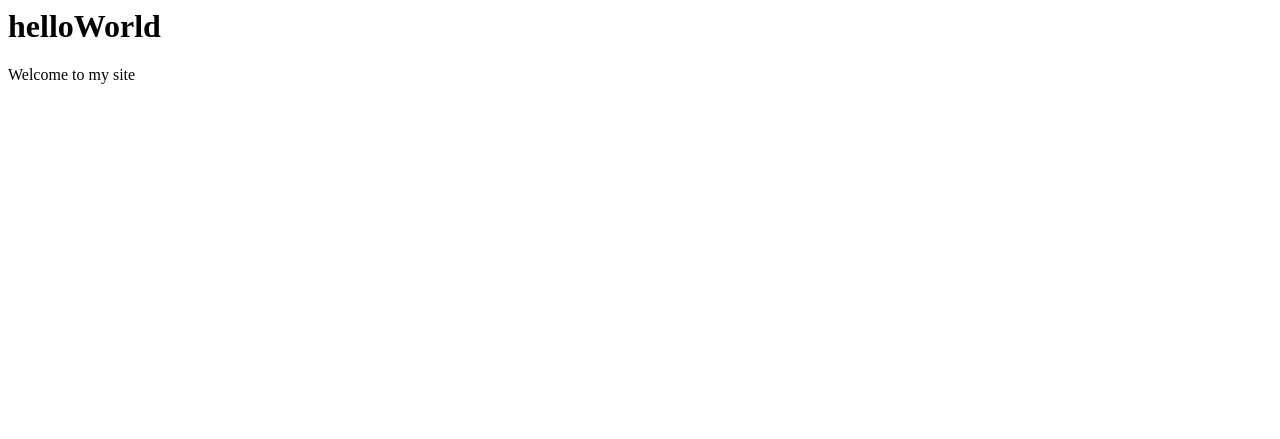
Repository: milespossing/Personal-Page
Page: index.html
An editor plug-in stored every save of this project. The page is shown before and after the next save, followed by the edit.
The browser window is 1280 px wide. The pictures show the whole page.

Above is the page before, as saved 2019-09-19 20:56:47.

### index.html
<head>
    <link rel="stylesheet" type="text/css" href="Styles/style.css"/>
</head>
<body>
    <h1>helloWorld</h1>
    <p>Welcome to my site</p>
</body>

Loaded but not shown: Styles/style.css (common file)

After the next save:
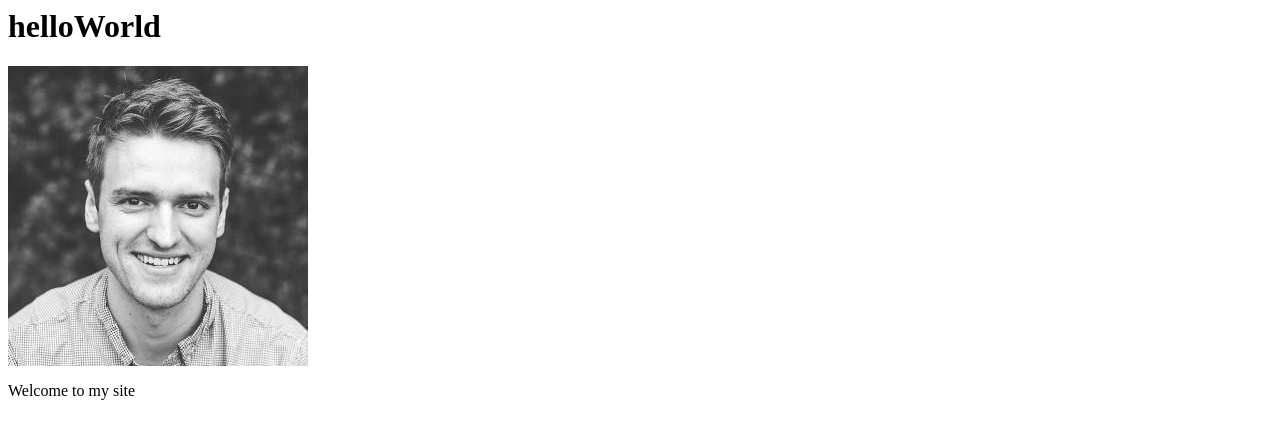
Saved 5 min 28 s later.
--- a/index.html
+++ b/index.html
@@ -2,6 +2,9 @@
     <link rel="stylesheet" type="text/css" href="Styles/style.css"/>
 </head>
 <body>
-    <h1>helloWorld</h1>
+    <div class="Site-Header">
+        <h1>helloWorld</h1>
+        <img src="Images/simple-headshot.jpeg" class="Display-Picture"/>
+    </div>
     <p>Welcome to my site</p>
 </body>
